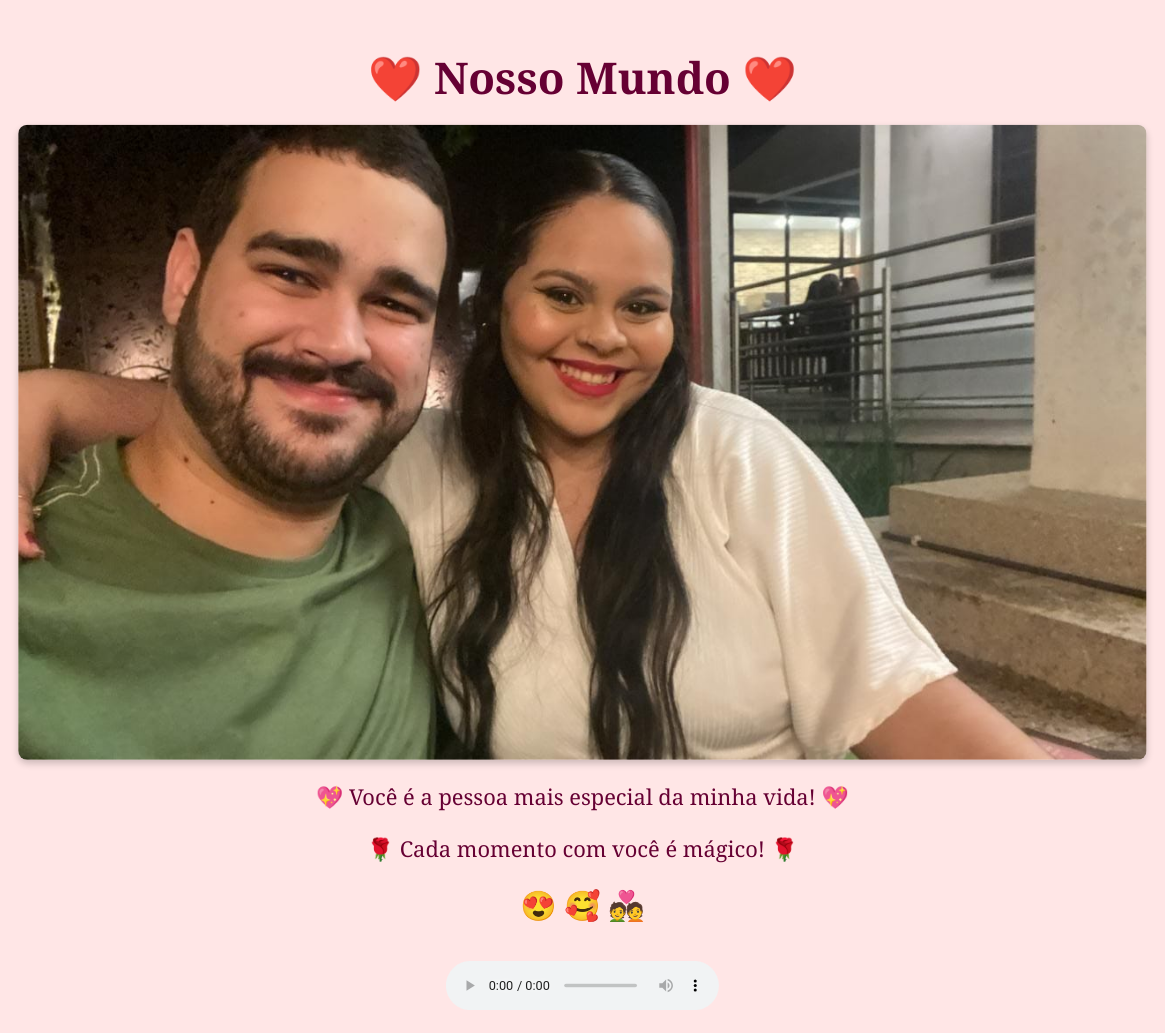
Repository: EduardoNegri/romantic
Page: Downloads/romantic/index.html
These files come from the project's save history. The page is drawn as it stood at one moment and after the next save; the edit follows.
The browser window is 1280 px wide. The pictures show the whole page, at 91% of full size.

Above is the page before, as saved 2025-03-05 14:48:57.

### Downloads/romantic/index.html
<!DOCTYPE html>
<html lang="pt-BR">
<head>
    <meta charset="UTF-8">
    <meta name="viewport" content="width=device-width, initial-scale=1.0">
    <title>Site Romântico</title>
    <link rel="stylesheet" href="styles.css">
</head>
<body>
    <div class="container">
        <h1>❤️ Nosso Mundo ❤️</h1>

        <!-- Área para fotos -->
        <div class="gallery">

            <img src="foto2.jpg.jpeg" alt="Nossa Foto 2">
            <!-- Adicione mais fotos aqui -->
        </div>

        <!-- Área para mensagens -->
        <div class="messages">
            <p>💖 Você é a pessoa mais especial da minha vida! 💖</p>
            <p>🌹 Cada momento com você é mágico! 🌹</p>
            <!-- Adicione mais mensagens aqui -->
        </div>

        <!-- Área para emojis -->
        <div class="emojis">
            <span>😍</span>
            <span>🥰</span>
            <span>💑</span>
            <!-- Adicione mais emojis aqui -->
        </div>

        <!-- Áudio para música romântica -->
        <audio controls autoplay loop>
            <source src="08 Que Sorte a Nossa (1).mp3" type="audio/mpeg">
            Seu navegador não suporta o elemento de áudio.
        </audio>
    </div>

    <script src="script.js"></script>
</body>
</html>

### Downloads/romantic/styles.css
body {
    font-family: 'Georgia', serif;
    background-color: #ffe6e6;
    color: #660033;
    text-align: center;
    margin: 0;
    padding: 0;
}

.container {
    padding: 20px;
}

h1 {
    font-size: 3em;
    margin-bottom: 20px;
}

.gallery {
    display: flex;
    justify-content: center;
    flex-wrap: wrap;
    gap: 10px;
    margin-bottom: 20px;
}

.gallery img {
    max-width: 100%;
    height: auto;
    border-radius: 10px;
    box-shadow: 0 4px 8px rgba(0, 0, 0, 0.2);
}

.messages {
    font-size: 1.5em;
    margin-bottom: 20px;
}

.emojis {
    font-size: 2em;
    margin-bottom: 20px;
}

audio {
    margin-top: 20px;
}

### Downloads/romantic/script.js
// Exemplo de JavaScript para um slideshow simples
let currentImageIndex = 0;
const images = document.querySelectorAll('.gallery img');

function showNextImage() {
    images[currentImageIndex].style.display = 'none';
    currentImageIndex = (currentImageIndex + 1) % images.length;
    images[currentImageIndex].style.display = 'block';
}

setInterval(showNextImage, 3000); // Troca de imagem a cada 3 segundos

After the next save:
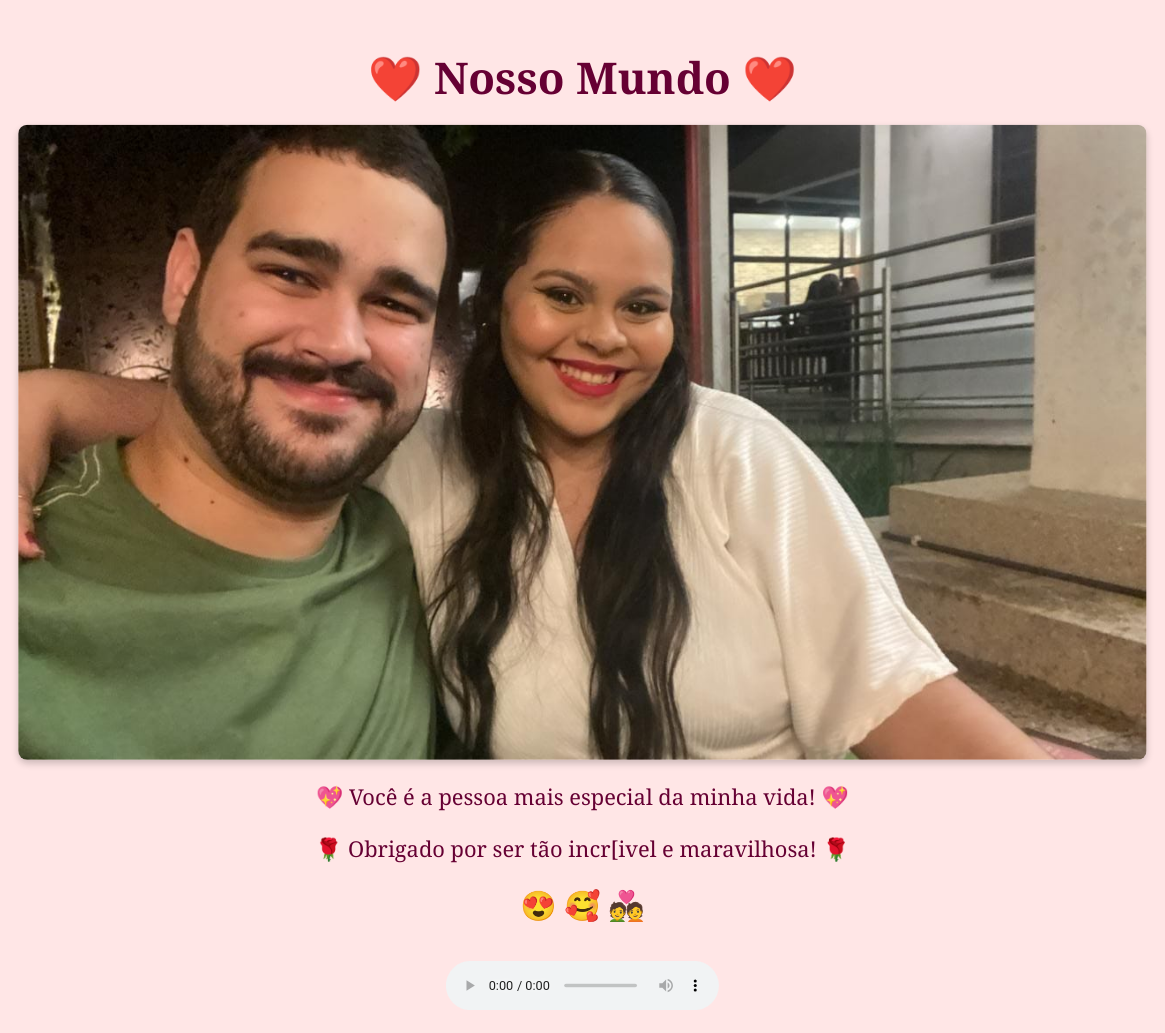
Saved 56 s later.
--- a/Downloads/romantic/index.html
+++ b/Downloads/romantic/index.html
@@ -20,7 +20,7 @@
         <!-- Área para mensagens -->
         <div class="messages">
             <p>💖 Você é a pessoa mais especial da minha vida! 💖</p>
-            <p>🌹 Cada momento com você é mágico! 🌹</p>
+            <p>🌹 Obrigado por ser tão incr[ivel e maravilhosa! 🌹</p>
             <!-- Adicione mais mensagens aqui -->
         </div>
 
